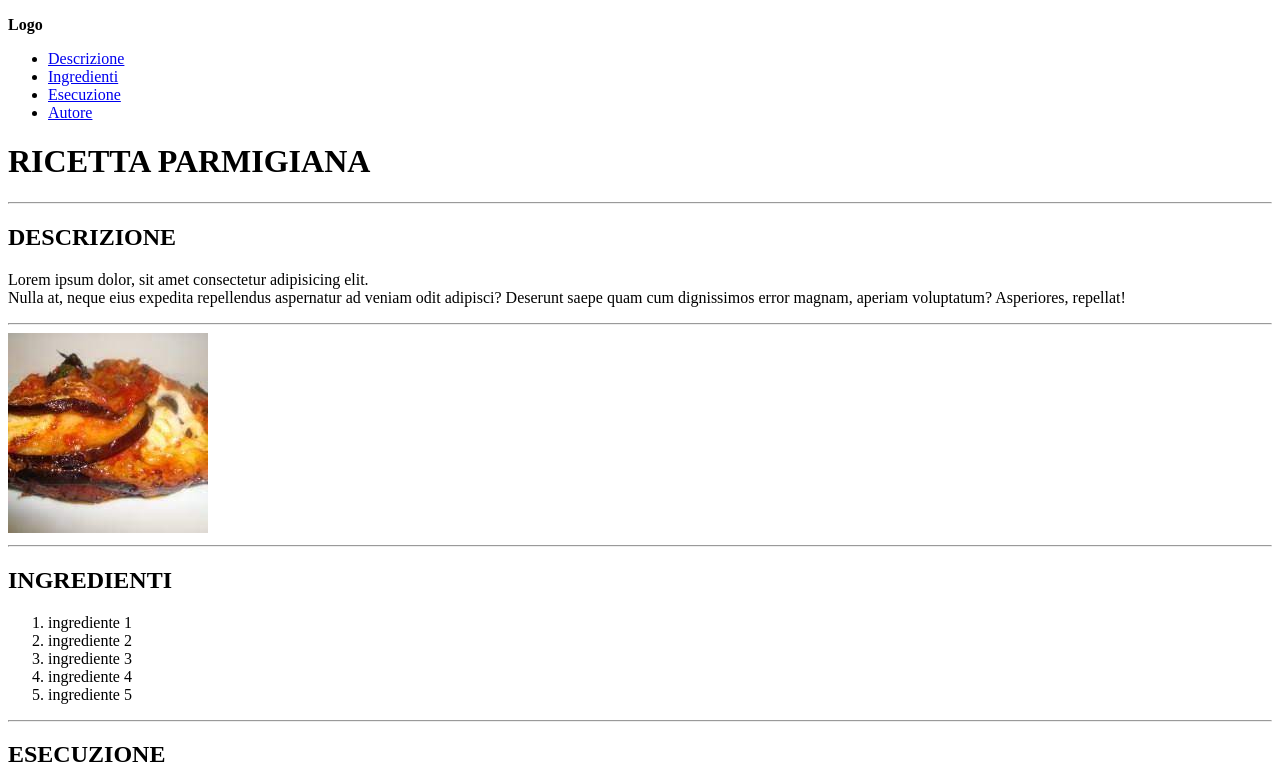
Repository: MicTomm/corso-frontend
Page: HTML/parmigiana/cdi.html
An editor plug-in stored every save of this project. The page is shown before and after the next save, followed by the edit.
The browser window is 1280 px wide. The pictures show the part of the page from y = 0 to 768 px (the page is 1876 px tall).
A picture or video elsewhere on the page could not be fetched, so the positions and the page height are approximate.

Above is the page before, as saved 2023-11-07 12:49:00.

### HTML/parmigiana/cdi.html
<!DOCTYPE html>
<html lang="it">

<head>
  <meta charset="UTF-8">
  <meta name="viewport" content="width=device-width, initial-scale=1.0">
  <title>Ricetta PArmigiana</title>
</head>

<body>
  <header>
    <div>
      <p><strong>Logo</strong></p>
    </div>
    <nav>
      <ul>
        <li><a href="#descrizione">Descrizione</a></li>
        <li><a href="#ingredienti">Ingredienti</a></li>
        <li><a href="#esecuzione">Esecuzione</a></li>
        <li><a href="#autore">Autore</a></li>
      </ul>
    </nav>
  </header>
  <main>
    <h1>RICETTA PARMIGIANA</h1>
    <hr>
    <article id="descrizione">
      <h2>DESCRIZIONE</h2>
      <p>Lorem ipsum dolor, sit amet consectetur adipisicing elit. <br />Nulla at, neque eius expedita repellendus
        aspernatur
        ad veniam odit adipisci? Deserunt saepe quam cum dignissimos error magnam, aperiam voluptatum? Asperiores,
        repellat!</p>
    </article>
    <hr>
    <img src="./img/parmigiana.jpg" alt="parmigiana" title="parmigiana">
    <section id="ingredienti">
      <hr>
      <h2>INGREDIENTI</h2>
      <ol>
        <li>ingrediente 1</li>
        <li>ingrediente 2</li>
        <li>ingrediente 3</li>
        <li>ingrediente 4</li>
        <li>ingrediente 5</li>
      </ol>
    </section>
    <hr />
    <section id="esecuzione">
      <h2>ESECUZIONE</h2>
      <ol>
        <li>
          <img src="https://cdn.cook.stbm.it/thumbnails/ricette/142/142695/Parmigiana-di-melanzane-semplice-19-w400.jpg"
            alt="passaggio 1"><br />Lorem ipsum dolor sit amet consectetur adipisicing elit. Autem vero facilis ratione
          soluta voluptas reiciendis magnam. Animi voluptate, quidem officia eligendi veritatis perferendis maxime
          blanditiis dolorem, natus soluta pariatur facere.
        </li>
        <li>
          <img src="https://cdn.cook.stbm.it/thumbnails/ricette/142/142695/Parmigiana-di-melanzane-semplice-23-w400.jpg"
            alt="passaggio 2"><br />Lorem ipsum dolor sit amet consectetur adipisicing elit. Eos aliquam nesciunt beatae
          dolores vel repellat quibusdam numquam dolorum tempore laborum non ullam enim, ex ipsum veritatis provident
          officiis reiciendis doloribus.
        </li>
        <li>
          <img src="https://cdn.cook.stbm.it/thumbnails/ricette/142/142695/Parmigiana-di-melanzane-semplice-27-w400.jpg"
            alt="passaggio 3"><br />Lorem ipsum dolor sit amet consectetur adipisicing elit. Est temporibus laborum,
          asperiores beatae autem voluptatum incidunt saepe ab eos non nostrum mollitia veritatis recusandae maiores
          culpa
          harum. Culpa, quia consequuntur?
        </li>
      </ol>
    </section>
  </main>
  <hr />
  <footer>
    <p id="autore">Parmigiana - Michele</p>
  </footer>
</body>

</html>

After the next save:
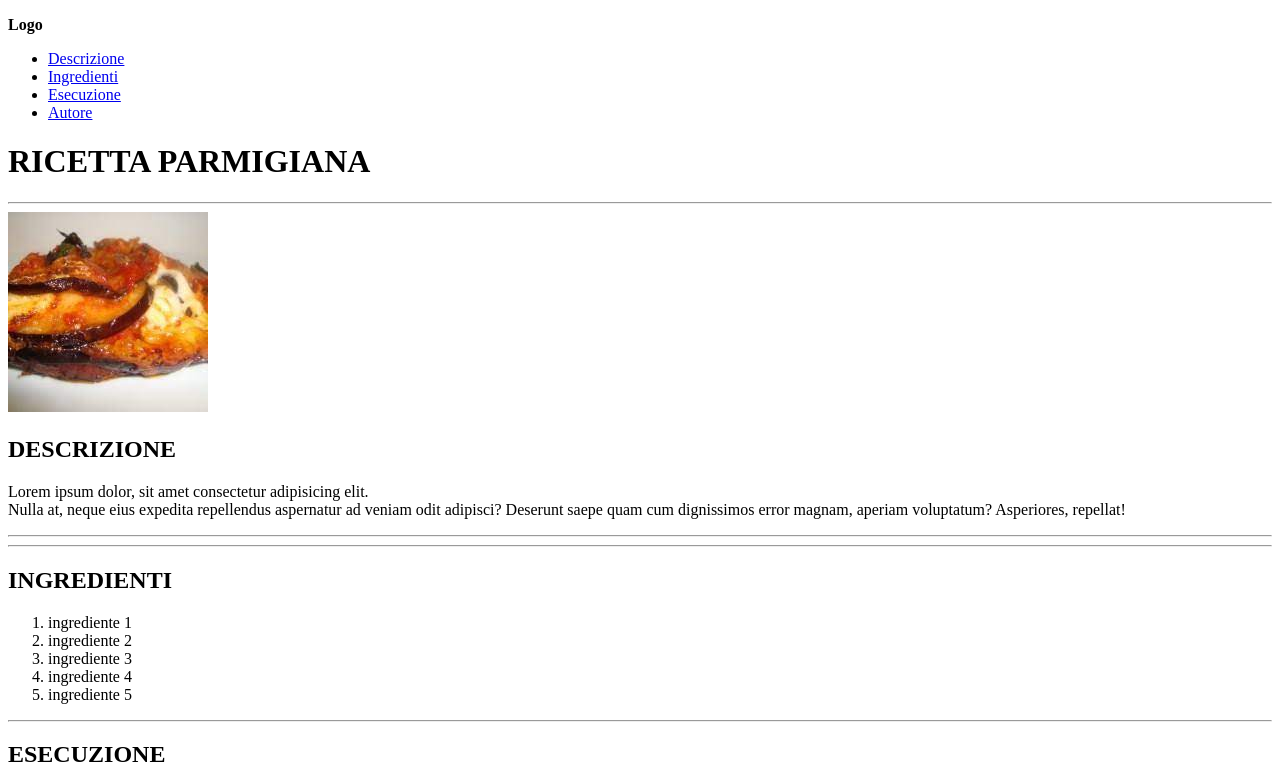
Saved 52 s later.
--- a/HTML/parmigiana/cdi.html
+++ b/HTML/parmigiana/cdi.html
@@ -25,6 +25,7 @@
     <h1>RICETTA PARMIGIANA</h1>
     <hr>
     <article id="descrizione">
+      <img src="./img/parmigiana.jpg" alt="parmigiana" title="parmigiana">
       <h2>DESCRIZIONE</h2>
       <p>Lorem ipsum dolor, sit amet consectetur adipisicing elit. <br />Nulla at, neque eius expedita repellendus
         aspernatur
@@ -32,7 +33,6 @@
         repellat!</p>
     </article>
     <hr>
-    <img src="./img/parmigiana.jpg" alt="parmigiana" title="parmigiana">
     <section id="ingredienti">
       <hr>
       <h2>INGREDIENTI</h2>
